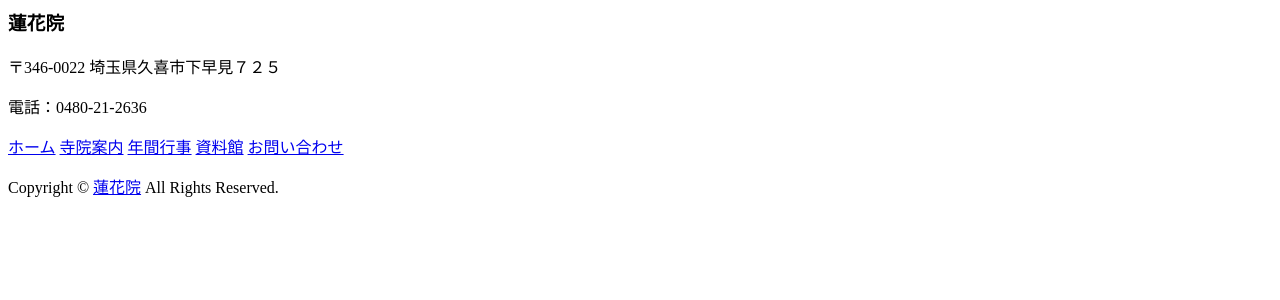
Repository: owl-onoueip/rengein-website
Page: footer.html
These files come from the project's save history. The page is drawn as it stood at one moment and after the next save; the edit follows.
The browser window is 1280 px wide. The pictures show the whole page.

Above is the page before, as saved 2025-03-10 11:30:04.

### footer.html
<footer>
    <div class="container">
        <div class="footer-content">
            <div class="footer-info">
                <h3 class="footer-title">蓮花院</h3>
                <div class="footer-address">
                    <p>〒346-0022 埼玉県久喜市下早見７２５</p>
                    <p>電話：0480-21-2636</p>
                </div>
            </div>
            <div class="footer-links">
                <a href="index.html"><i class="fas fa-home"></i> ホーム</a>
                <a href="about.html"><i class="fas fa-info-circle"></i> 寺院案内</a>
                <a href="events.html"><i class="fas fa-calendar-alt"></i> 年間行事</a>
                <a href="museum.html"><i class="fas fa-landmark"></i> 資料館</a>
                <a href="contact.html"><i class="fas fa-envelope"></i> お問い合わせ</a>
            </div>
        </div>
        <div class="footer-copyright">
            <p>Copyright &copy; <a href="index.html">蓮花院</a> All Rights Reserved.</p>
        </div>
    </div>
</footer>

After the next save:
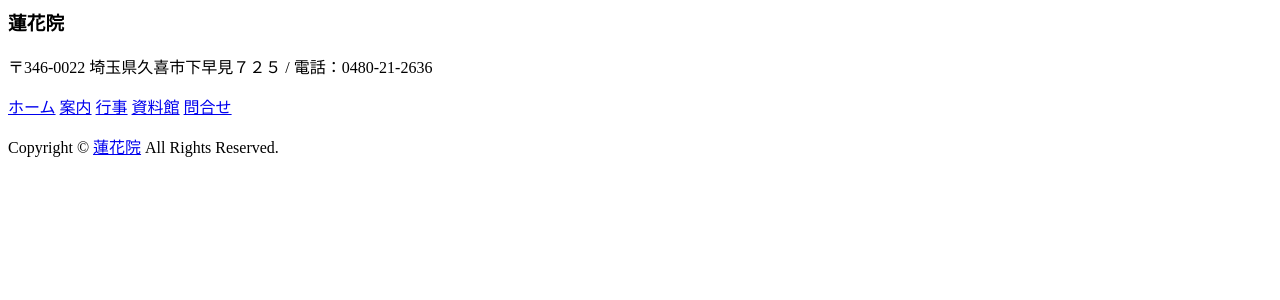
Saved 3 min 36 s later.
--- a/footer.html
+++ b/footer.html
@@ -4,16 +4,15 @@
             <div class="footer-info">
                 <h3 class="footer-title">蓮花院</h3>
                 <div class="footer-address">
-                    <p>〒346-0022 埼玉県久喜市下早見７２５</p>
-                    <p>電話：0480-21-2636</p>
+                    <p>〒346-0022 埼玉県久喜市下早見７２５ / 電話：0480-21-2636</p>
                 </div>
             </div>
             <div class="footer-links">
-                <a href="index.html"><i class="fas fa-home"></i> ホーム</a>
-                <a href="about.html"><i class="fas fa-info-circle"></i> 寺院案内</a>
-                <a href="events.html"><i class="fas fa-calendar-alt"></i> 年間行事</a>
-                <a href="museum.html"><i class="fas fa-landmark"></i> 資料館</a>
-                <a href="contact.html"><i class="fas fa-envelope"></i> お問い合わせ</a>
+                <a href="index.html"><i class="fas fa-home"></i>ホーム</a>
+                <a href="about.html"><i class="fas fa-info-circle"></i>案内</a>
+                <a href="events.html"><i class="fas fa-calendar-alt"></i>行事</a>
+                <a href="museum.html"><i class="fas fa-landmark"></i>資料館</a>
+                <a href="contact.html"><i class="fas fa-envelope"></i>問合せ</a>
             </div>
         </div>
         <div class="footer-copyright">
